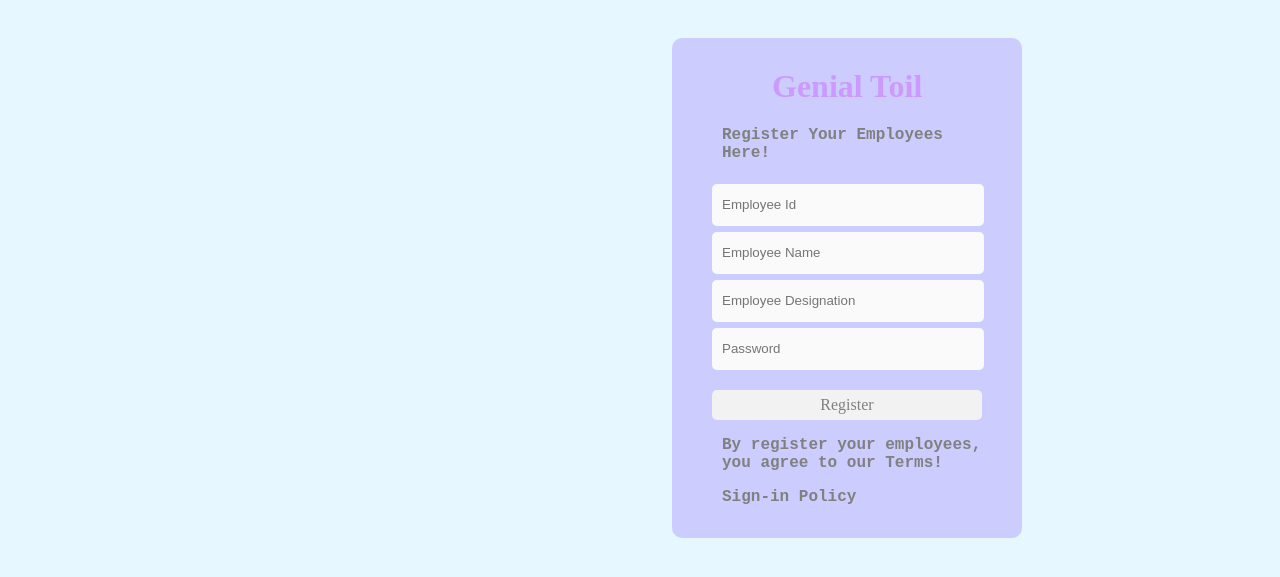
Repository: robin9533/Basic-Programs-App.
Page: GW-Genial Work Proj/GT_GenialToil/WebContent/EmployeeSignup.html
These files come from the project's save history. The page is drawn as it stood at one moment and after the next save; the edit follows.
The browser window is 1280 px wide. The pictures show the whole page.

Above is the page before, as saved 2019-05-10 11:46:20.

### GW-Genial Work Proj/GT_GenialToil/WebContent/EmployeeSignup.html
<!DOCTYPE html>
<html>
<head>
<meta charset="ISO-8859-1">
<title>Employee Registration Form</title>
<link rel="Stylesheet" type="text/css" href="EmployeeSignup.css">
</head>
<body>

	<div class="registrationblock">
		<h1>Genial Toil</h1>
		<h4>Register Your Employees Here!</h4>


		<Form action="EmployeeSignupServlet">

			<input type="text" name="empId" placeholder="Employee Id"> <input
				type="text" name="empName" placeholder="Employee Name"> <input
				type="text" name="empDes" placeholder="Employee Designation">
			<input type="password" name="empPass" placeholder="Password">
			<button type="button">Register</button>

			<h5>By register your employees, you agree to our Terms! </h5>
				<h5>Sign-in Policy</h5>

		</Form>
	</div>

</body>
</html>

### GW-Genial Work Proj/GT_GenialToil/WebContent/EmployeeSignup.css
@charset "ISO-8859-1";

body{
	background-color: #e6f7ff;
}
.registrationblock {
	height:500px;
	width: 350px;
	float:right;
	margin-top: 30px;
	margin-right: 250px;
	border-radius:10px;
	border:0px solid black;
	background-color: #ccccff;

}
.registrationblock input{
	width: 260px;
	height:40px;
	margin-bottom:6px;
	margin-left:40px;
	padding-left: 10px;
	color:graytext;
	background: #fafafa;
	border: none;
	border:0px solid gray;
	border-radius: 5px;

}
.registrationblock button{
	width:270px;
	height:30px;
	margin-left:40px;
	margin-top:14px;
	text-align: center;
	cursor: pointer;
	color:gray;
	font-family:inherit;
	font-size:16px;
	background: #f2f2f2;
	border-radius:5px;
	border: 0px solid #3897F0;
	}
.registrationblock h1{
	margin-top:30px;
	margin-left: 100px;
	font-family:inherit;
	color:  #cc99ff;
	cursor: default;
	}

.registrationblock h4{
	padding-left:50px;
	padding-right:40px;
	font-family:monospace;
	font-size:16px;
	color: grey;
	cursor: default;
	}
.registrationblock h5{
	padding-left:50px;
	padding-right:30px;
	margin:16px 0px 0px 0px;
	font-family:monospace;
	font-size:16px;
	color: grey;
	cursor: default;
	border: 0px solid black;
	}

After the next save:
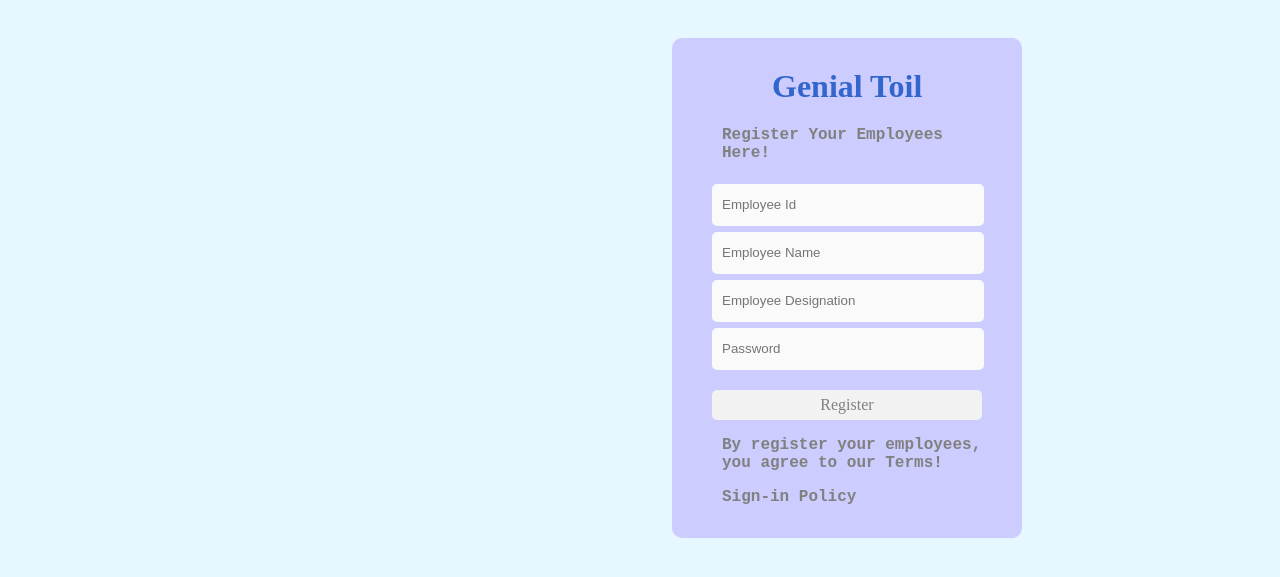
Saved 51 s later.
--- a/GW-Genial Work Proj/GT_GenialToil/WebContent/EmployeeSignup.css
+++ b/GW-Genial Work Proj/GT_GenialToil/WebContent/EmployeeSignup.css
@@ -45,7 +45,7 @@ body{
 	margin-top:30px;
 	margin-left: 100px;
 	font-family:inherit;
-	color:  #cc99ff;
+	color: #3366cc;
 	cursor: default;
 	}
 
